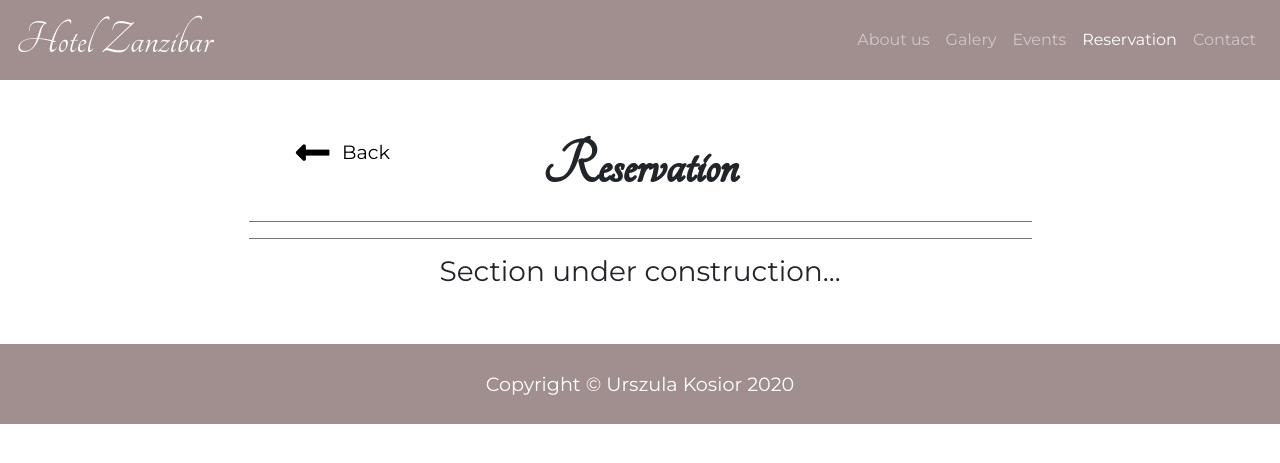
Repository: Ulaa93/Hotel-Zanzibar
Page: reservation.html
The author's editor kept a copy of each file at every save. The page is drawn from the files as they stood at one save, then again after a run of saves.
The browser window is 1280 px wide. The pictures show the whole page.

Above is the page before, as saved 2020-01-28 17:53:45.

### reservation.html
<!DOCTYPE html>
<html lang="en">
  <head>
    <meta charset="UTF-8" />
    <meta name="viewport" content="width=device-width, initial-scale=1.0" />
    <meta http-equiv="X-UA-Compatible" content="ie=edge" />
    <title>Hotel Zanzibar</title>
    <link rel="icon" href="./ikona.ico" />

    <link
      href="https://fonts.googleapis.com/css?family=Montserrat|Tangerine&display=swap"
      rel="stylesheet"
    />
    <link href="./fontawesome-free-5.12.0-web/css/all.css" rel="stylesheet"> <!--load all styles -->

    <link
      rel="stylesheet"
      href="https://stackpath.bootstrapcdn.com/bootstrap/4.4.1/css/bootstrap.min.css"
      integrity="sha384-Vkoo8x4CGsO3+Hhxv8T/Q5PaXtkKtu6ug5TOeNV6gBiFeWPGFN9MuhOf23Q9Ifjh"
      crossorigin="anonymous"
    />
    <link rel="stylesheet" href="style.css" />
    <script src="https://unpkg.com/scrollreveal"></script>

  </head>
  <body>
    <nav class="navbar sticky-top navbar-expand-lg navbar-dark">
      <a class="navbar-brand hotel-zanzibar" href="./index.html">Hotel Zanzibar</a>
      <button
        class="navbar-toggler"
        type="button"
        data-toggle="collapse"
        data-target="#navbarNavDropdown"
        aria-controls="navbarNavDropdown"
        aria-expanded="false"
        aria-label="Toggle navigation"
      >
        <span class="navbar-toggler-icon"></span>
      </button>
      <div
        class="collapse navbar-collapse w-100 order-3 dual-collapse2"
        id="navbarNavDropdown"
      >
        <ul class="navbar-nav ml-auto">
          <li class="nav-item ">
            <a class="nav-link" href="./about-us.html">About us </a>
          </li>
          <li class="nav-item">
            <a class="nav-link" href="./galery.html">Galery</a>
          </li>
          <li class="nav-item">
            <a class="nav-link" href="./events.html">Events</a>
          </li>
          <li class="nav-item active">
            <a class="nav-link" href="./reservation.html">Reservation</a>
          </li>
          <li class="nav-item">
            <a class="nav-link" href="./contact.html">Contact</a>
          </li>
        </ul>
      </div>
    </nav>


<div class="back">
  <a href="./index.html"><i class="fas fa-long-arrow-alt-left"></i> Back</a>
 </div>
    <section class="reservation container p-5">
      <h2>Reservation</h2>
      <hr>
      <hr>

      <h3>Section under construction...</h3>
    </section>

    <footer>
      <div>Copyright &copy; Urszula Kosior 2020</div>
    </footer>

    <script
      src="https://code.jquery.com/jquery-3.4.1.slim.min.js"
      integrity="sha384-J6qa4849blE2+poT4WnyKhv5vZF5SrPo0iEjwBvKU7imGFAV0wwj1yYfoRSJoZ+n"
      crossorigin="anonymous"
    ></script>
    <script
      src="https://cdn.jsdelivr.net/npm/popper.js@1.16.0/dist/umd/popper.min.js"
      integrity="sha384-Q6E9RHvbIyZFJoft+2mJbHaEWldlvI9IOYy5n3zV9zzTtmI3UksdQRVvoxMfooAo"
      crossorigin="anonymous"
    ></script>
    <script
      src="https://stackpath.bootstrapcdn.com/bootstrap/4.4.1/js/bootstrap.min.js"
      integrity="sha384-wfSDF2E50Y2D1uUdj0O3uMBJnjuUD4Ih7YwaYd1iqfktj0Uod8GCExl3Og8ifwB6"
      crossorigin="anonymous"
    ></script>
    <script src="./script.js"></script>

  </body>
</html>

### style.css
* {
  padding: 0;
  margin: 0;
  font-family: 'Montserrat', sans-serif;
}

.navbar {
  height: 80px;
  background-color: rgba(124, 98, 98, 0.712);
}
/* .navbar a{
    color:black;
} */
.hotel-zanzibar {
  font-size: 3em;
  font-family: 'Tangerine', cursive;
}

.hotel-main {
  background-image: url(./img/rooms/hotel-room-1447201_1920.jpg);
  width: 100%;
  height: 80vh;
  background-size: cover;
  background-position: center;
  display: flex;
  flex-direction: column;
  /* justify-content: center; */
  /* align-items: flex-start; */
  padding: 200px 0;
  /* color: white; */
  /* line-height: 400%; */
  margin-bottom: 48px;
}

.welcome {
  background-color: rgba(255, 255, 255, 0.555);
  padding: 3em;
  text-align: center;
}
.welcome span {
  font-size: 3em;
  font-family: 'Tangerine', cursive;
}
.welcome h1 {
  font-size: 5em;
  font-family: 'Tangerine', cursive;
  font-weight: 600;
}

h2 {
  text-align: center;
  font-size: 4em;
  font-weight: 600;
  font-family: 'Tangerine', cursive;
}
section p {
  font-size: 1.2em;
  line-height: 2em;
}

section p::first-letter {
  font-size:4em;
  font-weight: 600;
  font-family: 'Tangerine', cursive;
}

hr {
margin:16px auto;
 width: 75%;
 background-color:gray;

}
/* .galery .carousel-inner {
  /* background-size: contain; */
  /* height: 55vh; */
  /* min-height: 400px; */
  /* overflow: hidden; */
  /* background-position: center; */


  .back i{
    font-size: 2em;
    margin: 0 0.2em;
    vertical-align: middle;

}
.back{
    font-size: 1.2em;
    vertical-align: middle;
position: absolute;
top:7em;
left:15em;
}
.back a{
    color: black;
    text-decoration: none;
}

footer{
 text-align: center;
 color: white;
  background-color: rgba(124, 98, 98, 0.712);
height: 80px;
line-height: 80px;
font-size: 1.2em;;
}


.contact .row{
  align-items: center;
}
.contact i{
  margin-right: 1em;
  animation: shake 1s;
  animation-iteration-count: infinite;
}


.contact-info{
  height: 340px;
  display: flex;
  flex-direction: column;
  justify-items: center;
  align-items: center;
}
.contact-info div{
  transition: 0.5s;

}
.contact-info div:hover{
transform: scale(1.1);
}

@keyframes shake {
  0% { transform:  scale(1); }
  50% { transform:  scale(1.5); }
  100% { transform:  scale(1); }
}


h3{text-align: center;}

### script.js

const nodeArray = [
    document.querySelector('.hotel-main'),
    document.querySelector('.hotel-about'),
    document.querySelector('.galery'),
    document.querySelector('.contact')
];

ScrollReveal().reveal(nodeArray, {
  delay: 275,
  duration: 1000,
  rotate: { x: 10, y: 50, z: 0 },
  reset: true
});

Loaded but not shown: fontawesome-free-5.12.0-web/css/all.css (library)

After the next 2 saves:
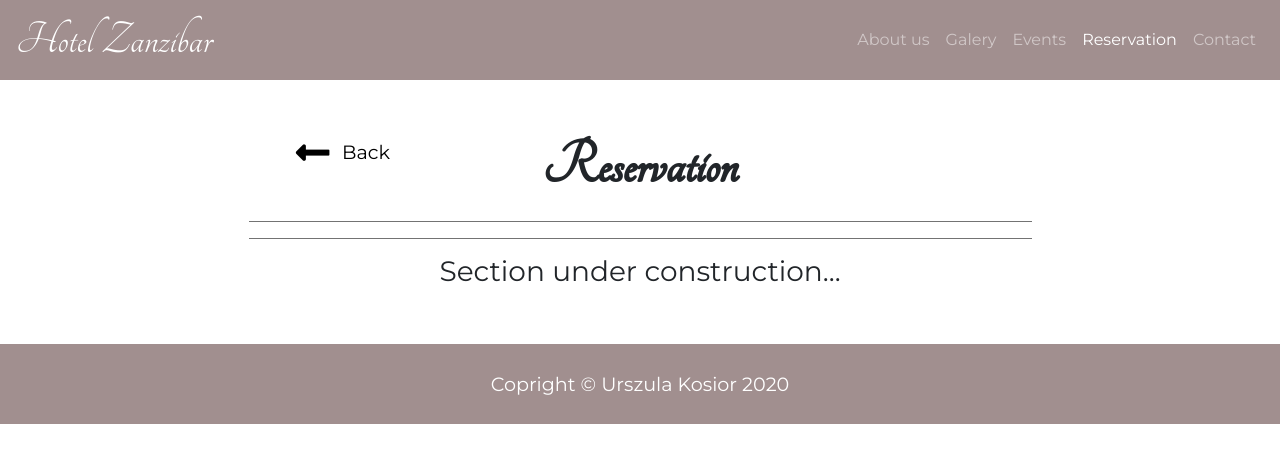
The 2 saves are shown as one change because they came seconds apart.
The last was saved 4 s later.
--- a/reservation.html
+++ b/reservation.html
@@ -60,8 +60,6 @@
         </ul>
       </div>
     </nav>
-
-
 <div class="back">
   <a href="./index.html"><i class="fas fa-long-arrow-alt-left"></i> Back</a>
  </div>
@@ -74,7 +72,7 @@
     </section>
 
     <footer>
-      <div>Copyright &copy; Urszula Kosior 2020</div>
+      <div>Copright &copy; Urszula Kosior 2020</div>
     </footer>
 
     <script

After the 3 saves that followed:
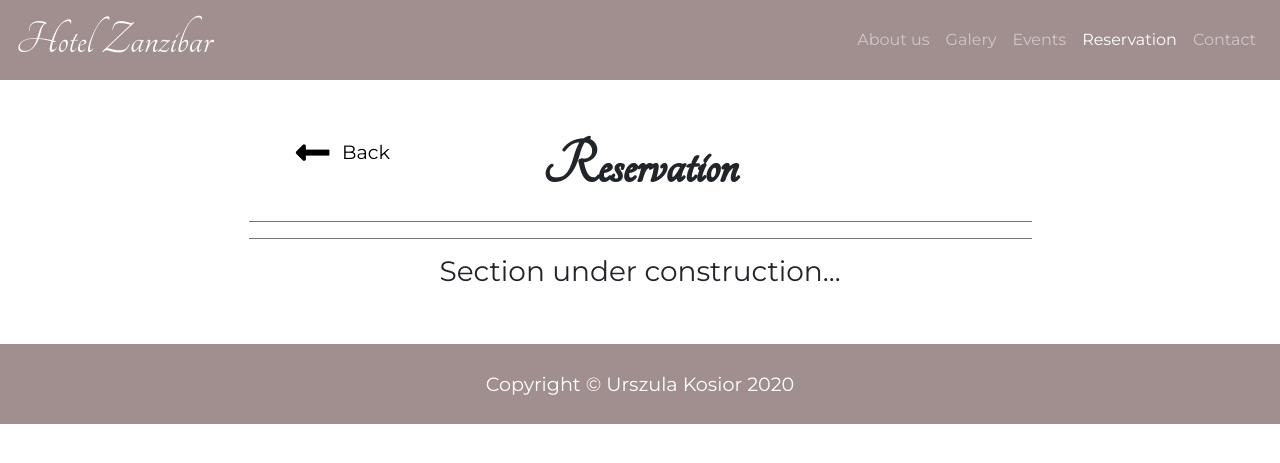
The 3 saves are shown as one change because they came seconds apart.
The last was saved 9 s later.
--- a/reservation.html
+++ b/reservation.html
@@ -6,13 +6,11 @@
     <meta http-equiv="X-UA-Compatible" content="ie=edge" />
     <title>Hotel Zanzibar</title>
     <link rel="icon" href="./ikona.ico" />
-
     <link
       href="https://fonts.googleapis.com/css?family=Montserrat|Tangerine&display=swap"
       rel="stylesheet"
     />
     <link href="./fontawesome-free-5.12.0-web/css/all.css" rel="stylesheet"> <!--load all styles -->
-
     <link
       rel="stylesheet"
       href="https://stackpath.bootstrapcdn.com/bootstrap/4.4.1/css/bootstrap.min.css"
@@ -21,7 +19,6 @@
     />
     <link rel="stylesheet" href="style.css" />
     <script src="https://unpkg.com/scrollreveal"></script>
-
   </head>
   <body>
     <nav class="navbar sticky-top navbar-expand-lg navbar-dark">
@@ -67,12 +64,10 @@
       <h2>Reservation</h2>
       <hr>
       <hr>
-
       <h3>Section under construction...</h3>
     </section>
-
     <footer>
-      <div>Copright &copy; Urszula Kosior 2020</div>
+      <div>Copyright &copy; Urszula Kosior 2020</div>
     </footer>
 
     <script
